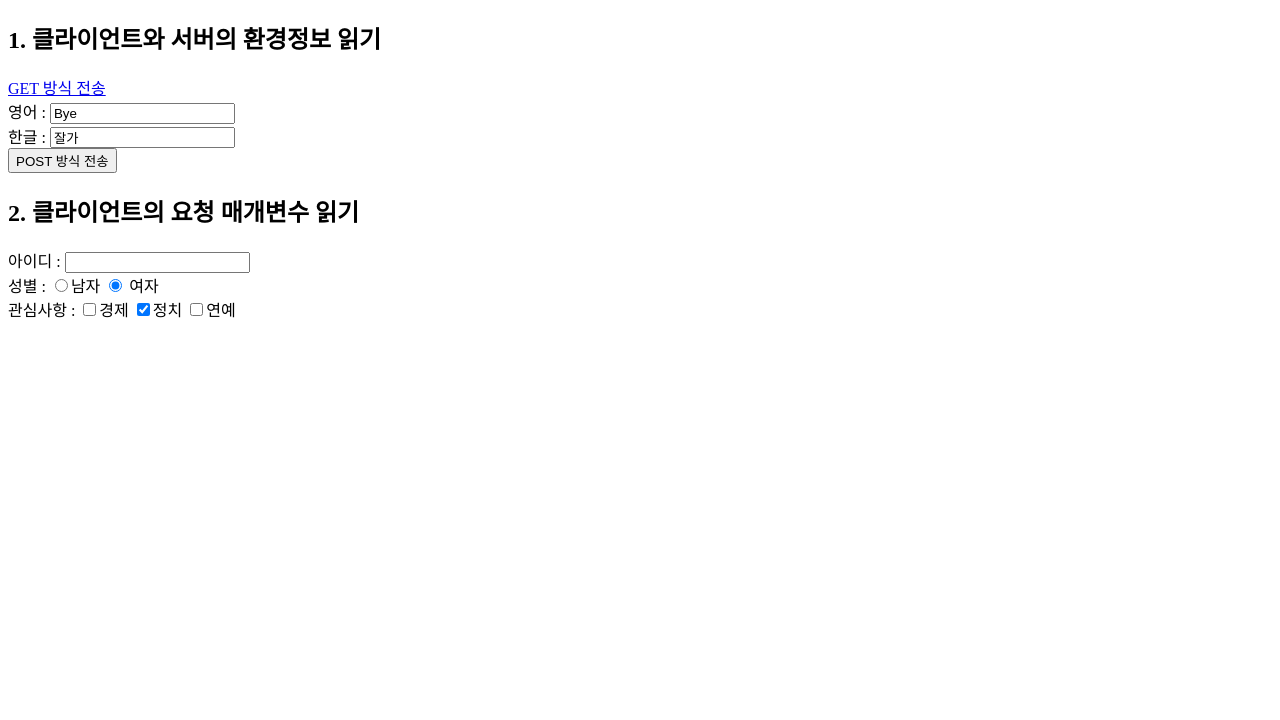
Repository: redi961/JSP_Studying
Page: http://localhost/MustHaveJSP/02_ImplicitObject/RequestMain.jsp
An editor plug-in stored every save of this project. The page is shown before and after the next save, followed by the edit.
The browser window is 1280 px wide. The pictures show the whole page.
The page is served by Tomcat 9. Other server files are loaded and not shown.

Above is the page before, as saved 2022-10-11 00:58:42.

### MustHaveJSP/src/main/webapp/02_ImplicitObject/RequestMain.jsp
<%@ page language="java" contentType="text/html; charset=UTF-8"
    pageEncoding="UTF-8"%>
<!DOCTYPE html>
<html><title>내장 객체 - request</title>
<head>
<meta charset="UTF-8">
</head>
<body>
	<h2>1. 클라이언트와 서버의 환경정보 읽기</h2>
	<a href ="./RequestWebInfo.jsp?eng=Hello&han=안녕">
	  GET 방식 전송
	</a>
	<br/>
	<form action="RequestWebInfo.jsp" method="post">
		영어 : <input type ="text" name="eng" value="Bye" /> <br/>
		한글 : <input type ="text" name="han" value="잘가" /> <br/>
		<input type ="submit" value="POST 방식 전송" />
	</form>


	<h2>2. 클라이언트의 요청 매개변수 읽기</h2>
	<form method="post" action="RequestParameter.jsp">
		아이디 : <input type="text" name="id" value="" /> <br/>
		성별 :
		<input type="radio" name="sex" value="man" />남자
		<input type="radio" name="sex" value="man" checked="checked"/> 여자
		<br/>
		관심사항 :
		<input type="checkbox" name="fave" value="eco" />경제
		<input type="checkbox" name="fave" value="pol" checked="checked"/>정치
		<input type="checkbox" name="fave" value="ent"/>연예<br/>
	</form>
</body>
</html>

After the next save:
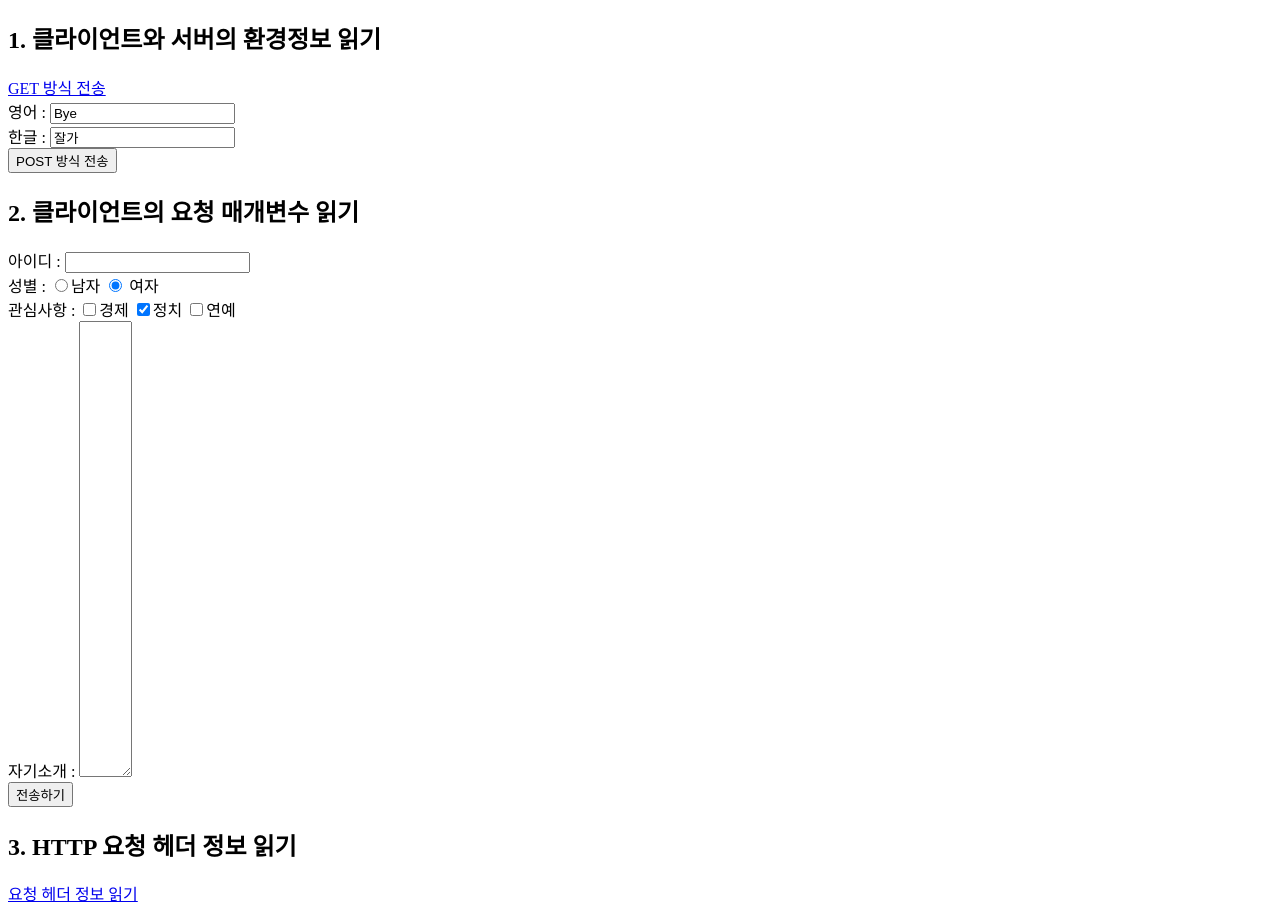
Saved 2 min 43 s later.
--- a/MustHaveJSP/src/main/webapp/02_ImplicitObject/RequestMain.jsp
+++ b/MustHaveJSP/src/main/webapp/02_ImplicitObject/RequestMain.jsp
@@ -29,6 +29,15 @@
 		<input type="checkbox" name="fave" value="eco" />경제
 		<input type="checkbox" name="fave" value="pol" checked="checked"/>정치
 		<input type="checkbox" name="fave" value="ent"/>연예<br/>
+		자기소개 :
+		<textarea name ="intro" rows="30" cols="4"></textarea>
+		<br/>
+		<input type="submit" value="전송하기" />
 	</form>
+
+	<h2>3. HTTP 요청 헤더 정보 읽기</h2>
+	<a href="RequestHeader.jsp">
+		요청 헤더 정보 읽기
+	</a>
 </body>
 </html>
